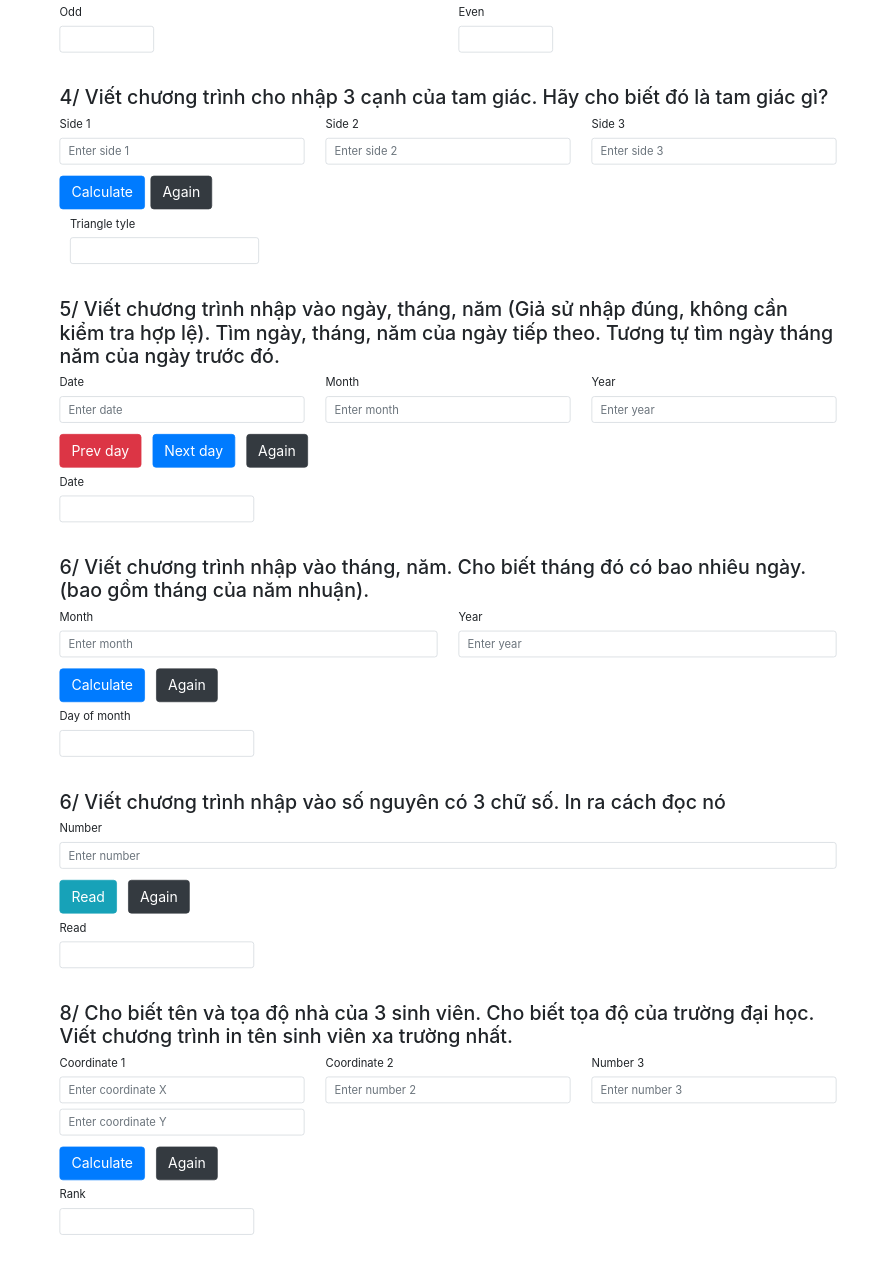
Repository: baobaodeveloper/bootscamp21__jsbasic__HuynhAnhBao
Page: index.html
These files come from the project's save history. The page is drawn as it stood at one moment and after the next save; the edit follows.
The browser window is 1280 px wide. The pictures show the part of the page from y = 840 to 2760 px (the page is 2652 px tall before and 2760 px after), at 70% of full size.

Above is the page before, as saved 2022-03-11 18:09:56.

### index.html
<!DOCTYPE html>
<html lang="en">
  <head>
    <title>javaScript basic</title>
    <!-- Required meta tags -->
    <meta charset="utf-8" />
    <meta
      name="viewport"
      content="width=device-width, initial-scale=1, shrink-to-fit=no"
    />

    <!-- Bootstrap CSS -->
    <link
      rel="stylesheet"
      href="https://stackpath.bootstrapcdn.com/bootstrap/4.3.1/css/bootstrap.min.css"
      integrity="sha384-ggOyR0iXCbMQv3Xipma34MD+dH/1fQ784/j6cY/iJTQUOhcWr7x9JvoRxT2MZw1T"
      crossorigin="anonymous"
    />
  </head>
  <body>
    <!--1 Cho người dùng nhập vào 3 số nguyên. Viết chương trình xuất 3 số theo thứ tự tăng dần -->
    <div class="container mb-xl-5">
      <h3>
        1/ Cho người dùng nhập vào 3 số nguyên. Viết chương trình xuất 3 số theo
        thứ tự tăng dần
      </h3>

      <div class="row">
        <div class="col">
          <label class="form-label">Number 1</label>
          <input
            type="number"
            class="form-control num1"
            placeholder="Enter number 1"
          />
        </div>
        <div class="col">
          <label class="form-label">Number 2</label>
          <input
            type="number"
            class="form-control num2"
            placeholder="Enter number 2"
          />
        </div>
        <div class="col">
          <label class="form-label">Number 3</label>
          <input
            type="number"
            class="form-control num3"
            placeholder="Enter number 3"
          />
        </div>
      </div>

      <div class="d-flex">
        <button
          type="button "
          class="btn btn-primary btn-lg mt-3 mb-2 btn-rank mr-3"
        >
          Calculate
        </button>

        <button
          type="button "
          class="btn btn-dark btn-lg mt-3 mb-2 btn-again-rank"
        >
          Again
        </button>
      </div>

      <div class="mt-3 m-auto">
        <label class="form-label">Rank</label>
        <input type="text" class="form-control w-25 result1" />
      </div>
    </div>

    <!--2 Viết chương trình “Chào hỏi” các thành viên trong gia đình với các đặc điểm. Đầu tiên máy
    sẽ hỏi ai sử dụng máy. Sau đó dựa vào câu trả lời và đưa ra lời chào phù hợp. Giả sử trong
    gia đình có 4 thành viên: Bố (B), Mẹ (M), anh Trai (A) và Em gái (E) -->
    <div class="container mb-5">
      <h3 class="mb-3">
        2/ Viết chương trình “Chào hỏi” các thành viên trong gia đình với các
        đặc điểm. Đầu tiên máy sẽ hỏi ai sử dụng máy. Sau đó dựa vào câu trả lời
        và đưa ra lời chào phù hợp. Giả sử trong gia đình có 4 thành viên: Bố
        (B), Mẹ (M), anh Trai (A) và Em gái (E)
      </h3>

      <select class="form-select p-2" aria-label="Default select example">
        <option selected>Who are you?</option>
        <option value="M">M</option>
        <option value="B">B</option>
        <option value="A">A</option>
        <option value="E">E</option>
      </select>

      <button type="button" class="btn btn-primary btn-sign-in">Sign In</button>

      <div class="m-3 row">
        <div class="col-sm-10">
          <input
            type="text"
            class="form-control output-sign-in"
            id="inputPassword"
          />
        </div>
      </div>
    </div>

    <!--  3 Cho 3 số nguyên. Viết chương trình xuất ra có bao nhiêu số lẻ và bao nhiêu số chẵn.-->
    <div class="container mb-xl-5">
      <h3>
        3/ Cho 3 số nguyên. Viết chương trình xuất ra có bao nhiêu số lẻ và bao
        nhiêu số chẵn.
      </h3>

      <div class="row">
        <div class="col">
          <label class="form-label">Integer 1</label>
          <input
            type="number"
            class="form-control integer1"
            placeholder="Enter integer 1"
          />
        </div>
        <div class="col">
          <label class="form-label">Integer 2</label>
          <input
            type="number"
            class="form-control integer2"
            placeholder="Enter integer 2"
          />
        </div>
        <div class="col">
          <label class="form-label">Integer 3</label>
          <input
            type="number"
            class="form-control integer3"
            placeholder="Enter integer 3"
          />
        </div>
      </div>

      <div class="d-flex">
        <button
          type="button"
          class="btn btn-primary btn-lg mt-3 mb-2 btn-integer mr-2"
        >
          Calculate
        </button>

        <button
          type="button "
          class="btn btn-light btn-lg mt-3 mb-2 btn-dark btn-again-integer"
        >
          Again
        </button>
      </div>

      <div class="row">
        <div class="mt-3 m-auto col">
          <label class="form-label">Odd</label>
          <input type="text" class="form-control w-25 outputOdd" />
        </div>
        <div class="mt-3 m-auto col">
          <label class="form-label">Even</label>
          <input type="text" class="form-control w-25 outputEven" />
        </div>
      </div>
    </div>

    <!--4 Viết chương trình cho nhập 3 cạnh của tam giác. Hãy cho biết đó là tam giác gì?-->

    <div class="container mb-xl-5">
      <h3>
        4/ Viết chương trình cho nhập 3 cạnh của tam giác. Hãy cho biết đó là
        tam giác gì?
      </h3>

      <div class="row">
        <div class="col">
          <label class="form-label">Side 1</label>
          <input
            type="number"
            class="form-control side1"
            placeholder="Enter side 1"
          />
        </div>
        <div class="col">
          <label class="form-label">Side 2</label>
          <input
            type="number"
            class="form-control side2"
            placeholder="Enter side 2"
          />
        </div>
        <div class="col">
          <label class="form-label">Side 3</label>
          <input
            type="number"
            class="form-control side3"
            placeholder="Enter side 3"
          />
        </div>
      </div>

      <div class="d-flex">
        <button
          type="button"
          class="btn btn-primary btn-lg mt-3 mb-2 mr-2 btn-triangle"
        >
          Calculate
        </button>

        <button
          type="button "
          class="btn btn-light btn-lg mt-3 mb-2 btn-dark btn-again-triangle"
        >
          Again
        </button>
      </div>

      <div class="mt-3 m-auto col">
        <label class="form-label">Triangle tyle</label>
        <input type="text" class="form-control w-25 triangle-type" />
      </div>
    </div>

    <!--5 Viết chương trình nhập vào ngày, tháng, năm (Giả sử nhập đúng, không cần kiểm tra hợp
  lệ). Tìm ngày, tháng, năm của ngày tiếp theo. Tương tự tìm ngày tháng năm của ngày trước
  đó.  -->

    <div class="container mb-xl-5">
      <h3>
        5/ Viết chương trình nhập vào ngày, tháng, năm (Giả sử nhập đúng, không
        cần kiểm tra hợp lệ). Tìm ngày, tháng, năm của ngày tiếp theo. Tương tự
        tìm ngày tháng năm của ngày trước đó.
      </h3>

      <div class="row">
        <div class="col">
          <label class="form-label">Date</label>
          <input
            type="number"
            class="form-control date"
            placeholder="Enter date"
          />
        </div>
        <div class="col">
          <label class="form-label">Month</label>
          <input
            type="number"
            class="form-control month"
            placeholder="Enter month"
          />
        </div>
        <div class="col">
          <label class="form-label">Year</label>
          <input
            type="number"
            class="form-control year"
            placeholder="Enter year"
          />
        </div>
      </div>

      <div class="d-flex">
        <button
          type="button "
          class="btn btn-danger btn-lg mt-3 mb-2 btn-prev mr-3"
        >
          Prev day
        </button>
        <button
          type="button "
          class="btn btn-primary btn-lg mt-3 mb-2 btn-next mr-3"
        >
          Next day
        </button>

        <button
          type="button "
          class="btn btn-dark btn-lg mt-3 mb-2 btn-again-date"
        >
          Again
        </button>
      </div>

      <div class="mt-3 m-auto">
        <label class="form-label">Date</label>
        <input type="text" class="form-control w-25 date-text" />
      </div>
    </div>

    <!-- 6 Viết chương trình nhập vào tháng, năm. Cho biết tháng đó có bao nhiêu ngày. (bao gồm
    tháng của năm nhuận).-->
    <div class="container mb-xl-5">
      <h3>
        6/ Viết chương trình nhập vào tháng, năm. Cho biết tháng đó có bao nhiêu
        ngày. (bao gồm tháng của năm nhuận).
      </h3>

      <div class="row">
        <div class="col">
          <label class="form-label">Month</label>
          <input
            type="number"
            class="form-control month1"
            placeholder="Enter month"
          />
        </div>
        <div class="col">
          <label class="form-label">Year</label>
          <input
            type="number"
            class="form-control year1"
            placeholder="Enter year"
          />
        </div>
      </div>

      <div class="d-flex">
        <button
          type="button "
          class="btn btn-primary btn-lg mt-3 mb-2 btn-month mr-3"
        >
          Calculate
        </button>

        <button
          type="button "
          class="btn btn-dark btn-lg mt-3 mb-2 btn-again-month"
        >
          Again
        </button>
      </div>

      <div class="mt-3 m-auto">
        <label class="form-label">Day of month</label>
        <input type="text" class="form-control w-25 resultMonth" />
      </div>
    </div>

    <!--7 Viết chương trình nhập vào số nguyên có 3 chữ số. In ra cách đọc nó.-->
    <div class="container mb-xl-5">
      <h3>
        6/ Viết chương trình nhập vào số nguyên có 3 chữ số. In ra cách đọc nó
      </h3>

      <div class="form">
        <label class="form-label">Number</label>
        <input
          type="number"
          class="form-control number-read"
          placeholder="Enter number"
        />
      </div>

      <div class="d-flex">
        <button
          type="button "
          class="btn btn-info btn-lg mt-3 mb-2 btnRead mr-3"
        >
          Read
        </button>

        <button
          type="button "
          class="btn btn-dark btn-lg mt-3 mb-2 btn-again-read"
        >
          Again
        </button>
      </div>

      <div class="mt-3 m-auto">
        <label class="form-label">Read</label>
        <input type="text" class="form-control w-25 resultRead" />
      </div>
    </div>

    <!--8 Cho biết tên và tọa độ nhà của 3 sinh viên. Cho biết tọa độ của trường đại học. Viết chương
    trình in tên sinh viên xa trường nhất. -->
    <div class="container mb-xl-5">
      <h3>
        8/ Cho biết tên và tọa độ nhà của 3 sinh viên. Cho biết tọa độ của
        trường đại học. Viết chương trình in tên sinh viên xa trường nhất.
      </h3>

      <div class="row">
        <div class="col">
          <div>
            <label class="form-label">Coordinate 1</label>
            <input
              type="number"
              class="form-control mb-2 coordinateX1"
              placeholder="Enter coordinate X"
            />
            <input
              type="number"
              class="form-control coordinateY1"
              placeholder="Enter coordinate Y"
            />
          </div>
        </div>
        <div class="col">
          <label class="form-label">Coordinate 2</label>
          <input
            type="number"
            class="form-control num2"
            placeholder="Enter number 2"
          />
        </div>
        <div class="col">
          <label class="form-label">Number 3</label>
          <input
            type="number"
            class="form-control num3"
            placeholder="Enter number 3"
          />
        </div>
      </div>

      <div class="d-flex">
        <button
          type="button "
          class="btn btn-primary btn-lg mt-3 mb-2 btn-rank mr-3"
        >
          Calculate
        </button>

        <button
          type="button "
          class="btn btn-dark btn-lg mt-3 mb-2 btn-again-rank"
        >
          Again
        </button>
      </div>

      <div class="mt-3 m-auto">
        <label class="form-label">Rank</label>
        <input type="text" class="form-control w-25 result1" />
      </div>
    </div>

    <!-- Optional JavaScript -->
    <!-- jQuery first, then Popper.js, then Bootstrap JS -->
    <script
      src="https://code.jquery.com/jquery-3.3.1.slim.min.js"
      integrity="sha384-q8i/X+965DzO0rT7abK41JStQIAqVgRVzpbzo5smXKp4YfRvH+8abtTE1Pi6jizo"
      crossorigin="anonymous"
    ></script>
    <script
      src="https://cdnjs.cloudflare.com/ajax/libs/popper.js/1.14.7/umd/popper.min.js"
      integrity="sha384-UO2eT0CpHqdSJQ6hJty5KVphtPhzWj9WO1clHTMGa3JDZwrnQq4sF86dIHNDz0W1"
      crossorigin="anonymous"
    ></script>
    <script
      src="https://stackpath.bootstrapcdn.com/bootstrap/4.3.1/js/bootstrap.min.js"
      integrity="sha384-JjSmVgyd0p3pXB1rRibZUAYoIIy6OrQ6VrjIEaFf/nJGzIxFDsf4x0xIM+B07jRM"
      crossorigin="anonymous"
    ></script>

    <!-- <script src="exercise1.js"></script> -->
    <!-- <script src="exercise2.js"></script> -->
    <!-- <script src="exercise3.js"></script> -->
    <!-- <script src="exercise4.js"></script> -->
    <!-- <script src="exercise5.js"></script> -->
    <!-- <script src="exercise6.js"></script> -->
    <!-- <script src="exercise7.js"></script> -->
    <script src="exercise8.js"></script>
  </body>
</html>

Loaded but not shown: exercise8.js (no stored copy; drawn as an empty file)

After the next save:
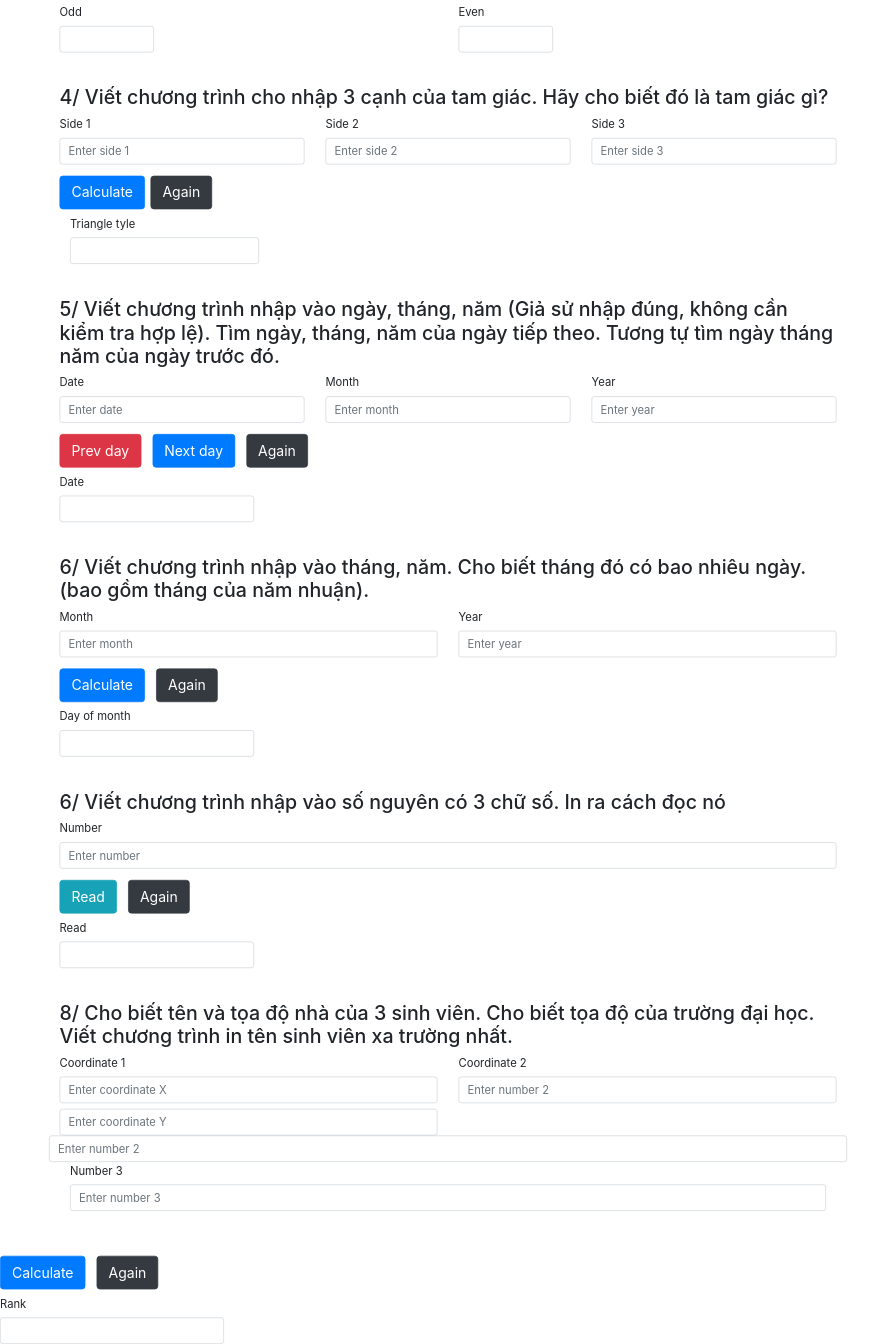
Saved 18 s later.
--- a/index.html
+++ b/index.html
@@ -403,6 +403,12 @@
         </div>
         <div class="col">
           <label class="form-label">Coordinate 2</label>
+          <input
+            type="number"
+            class="form-control num2"
+            placeholder="Enter number 2"
+          />
+        </div>
           <input
             type="number"
             class="form-control num2"
